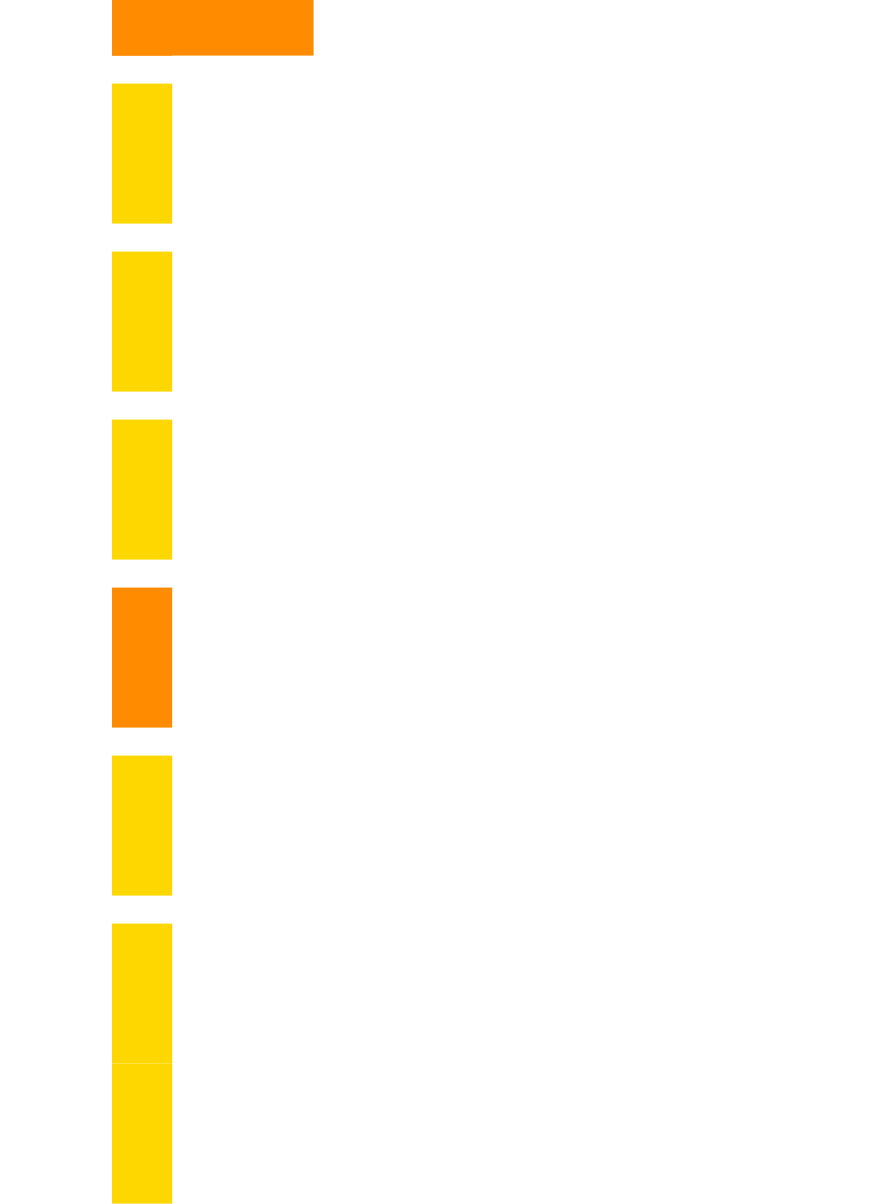
Repository: Tyubyasa/abc
Page: chapter8/chapter8.html
The author's editor kept a record of every edit. The page is drawn from the files as they stood at one moment, then again after the next edit.
The browser window is 1280 px wide. The pictures show the part of the page from y = 668 to 2588 px (the page is 2388 px tall before and 2588 px after), at 70% of full size.

Above is the page before.

After the next edit:
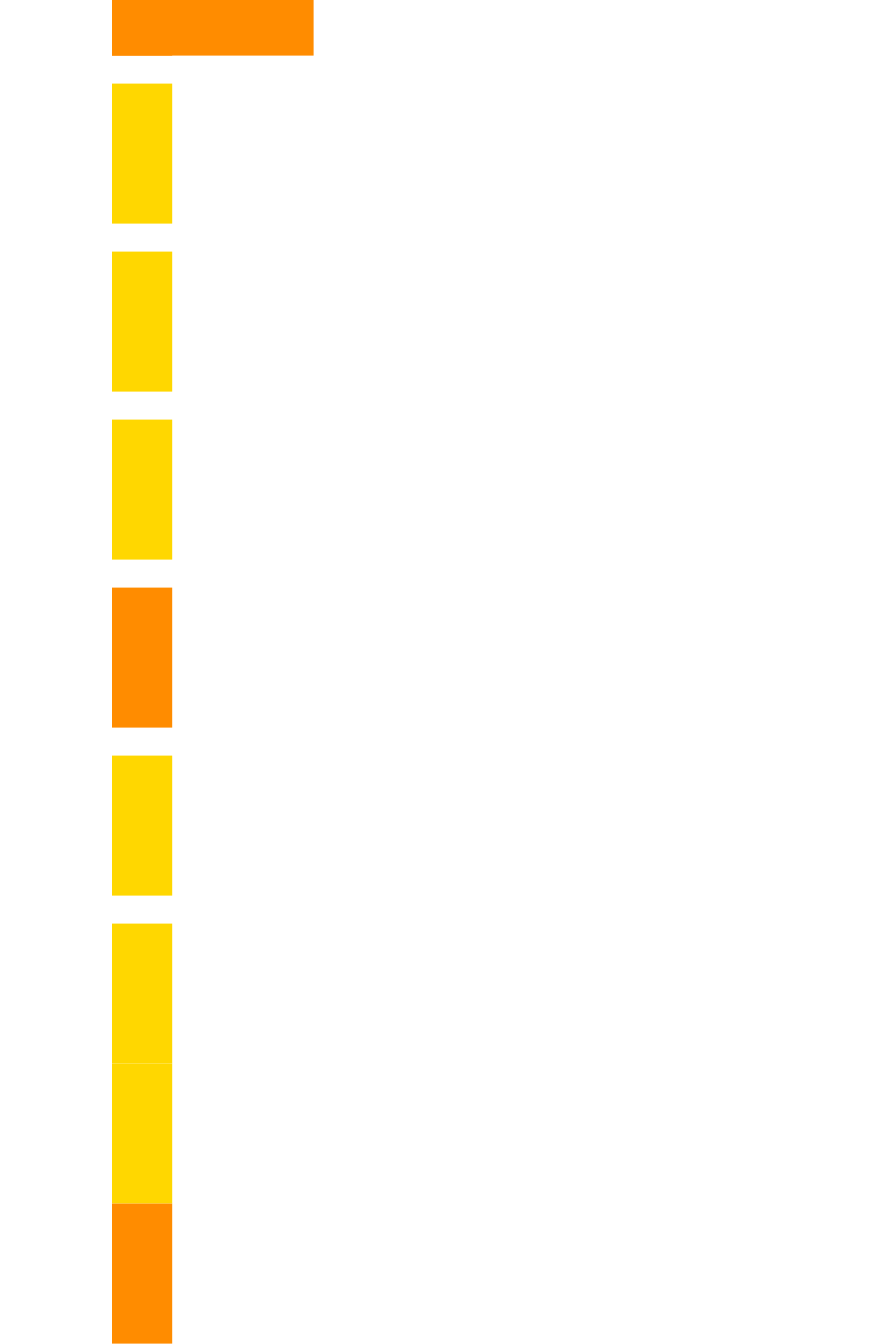
The edit:
--- a/chapter8/chapter8.html
+++ b/chapter8/chapter8.html
@@ -59,7 +59,7 @@
                      </div>
                     <div class="box">
                        </div>
-                      <div class="box9">
+                      <div class="box">
           </div>
           </div>
           </div>
